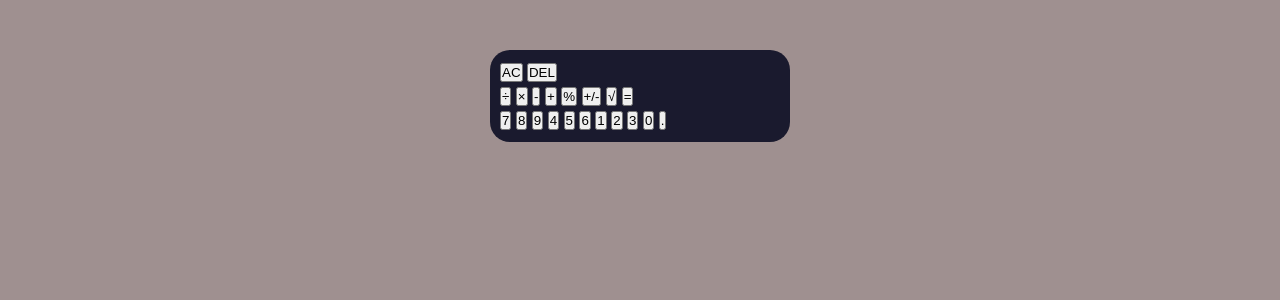
Repository: MikkyPrestige/js-calculator
Page: index.html
The author's editor kept a copy of each file at every save. The page is drawn from the files as they stood at one save, then again after the next save.
The browser window is 1280 px wide. The pictures show the whole page.

Above is the page before, as saved 2023-05-08 01:00:31.

After the next save:
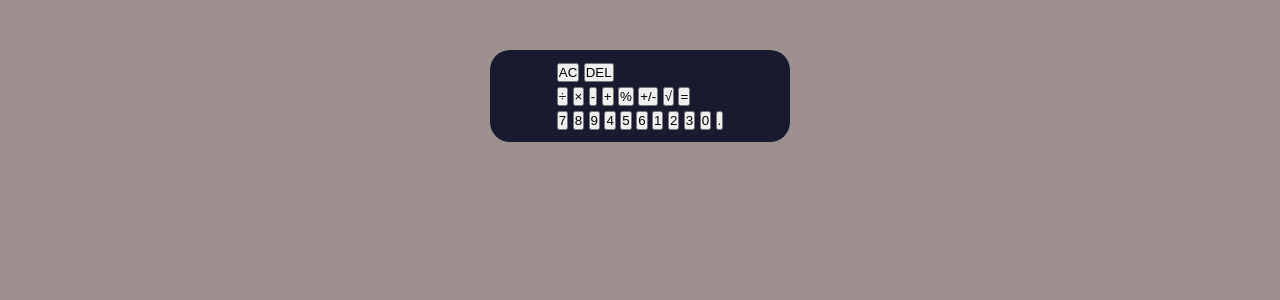
Saved 8 s later.
--- a/index.css
+++ b/index.css
@@ -38,6 +38,7 @@
   display: flex;
   flex-direction: column;
   justify-content: space-between;
-  /* align-items: center; */
+  align-items: center;
+  width: 100%;
   height: 100%;
 }

After the 2 saves that followed:
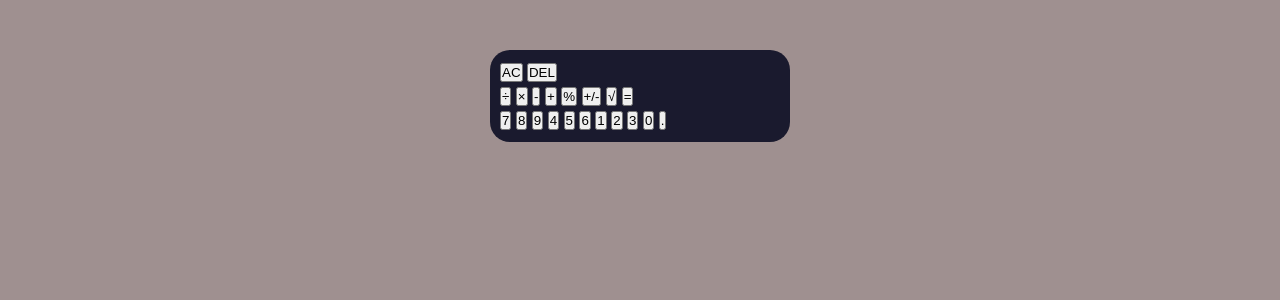
The 2 saves are shown as one change because 1 left the picture as it was.
The last was saved 30 s later.
--- a/index.css
+++ b/index.css
@@ -38,7 +38,6 @@
   display: flex;
   flex-direction: column;
   justify-content: space-between;
-  align-items: center;
   width: 100%;
   height: 100%;
 }
